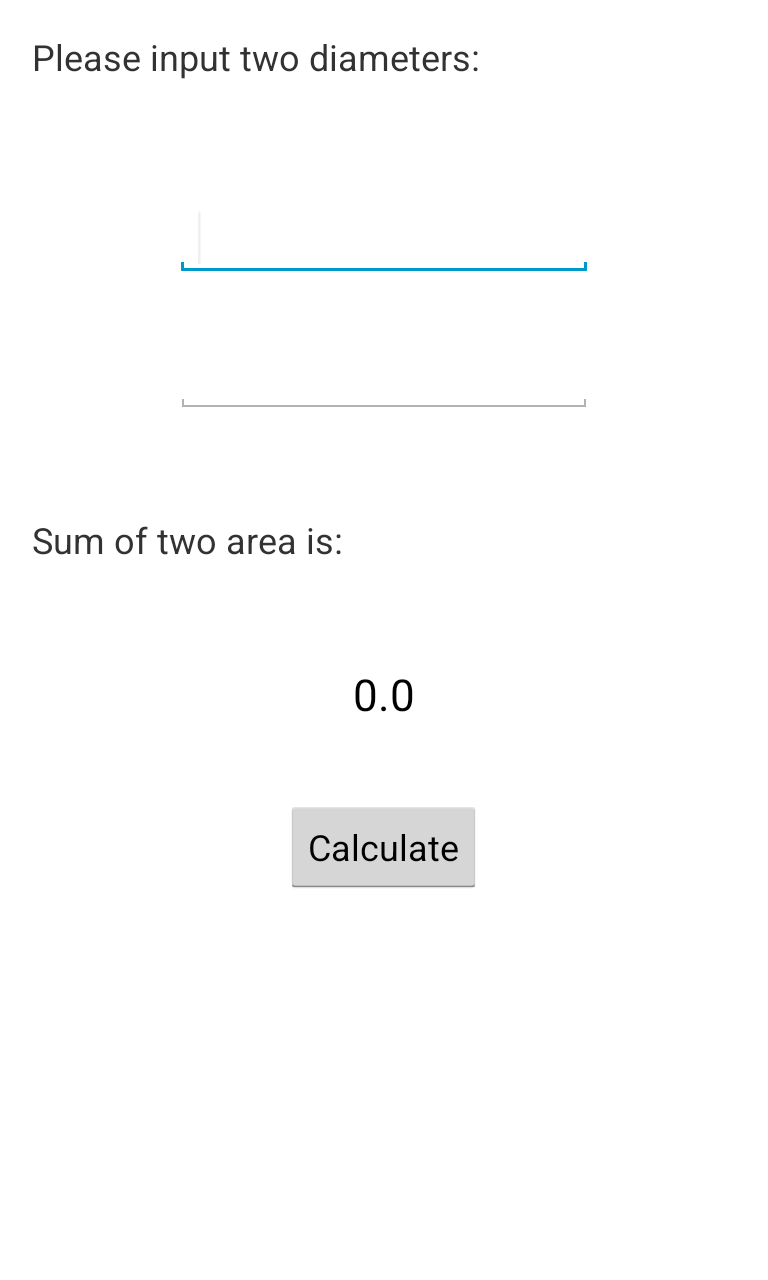
Repository: cugfeng/Android
Layout: MyHelloWorld/res/layout/activity_main.xml
These files come from the project's save history. The layout is drawn as it stood at one moment and after the next save; the edit follows.
It is drawn on a 768 x 1280 px phone screen (xhdpi) without system bars, with theme AppTheme; the app's code is not run.

Above is the layout before, as saved 2013-05-11 14:23:46.

### MyHelloWorld/res/layout/activity_main.xml
<RelativeLayout xmlns:tools="http://schemas.android.com/tools"
    xmlns:android="http://schemas.android.com/apk/res/android"
    android:layout_width="match_parent"
    android:layout_height="match_parent"
    android:paddingBottom="@dimen/activity_vertical_margin"
    android:paddingLeft="@dimen/activity_horizontal_margin"
    android:paddingRight="@dimen/activity_horizontal_margin"
    android:paddingTop="@dimen/activity_vertical_margin"
    tools:context=".MainActivity" >

    <TextView
        android:id="@+id/textView1"
        android:layout_width="wrap_content"
        android:layout_height="wrap_content"
        android:text="@string/input_hint"
        android:textSize="18sp" />

    <EditText
        android:id="@+id/diameter_edit1"
        android:layout_width="wrap_content"
        android:layout_height="wrap_content"
        android:layout_below="@+id/textView1"
        android:layout_centerHorizontal="true"
        android:layout_marginTop="59dp"
        android:ems="10"
        android:inputType="numberDecimal" >

        <requestFocus />
    </EditText>

    <EditText
        android:id="@+id/diameter_edit2"
        android:layout_width="wrap_content"
        android:layout_height="wrap_content"
        android:layout_below="@+id/diameter_edit1"
        android:layout_centerHorizontal="true"
        android:layout_marginTop="29dp"
        android:ems="10"
        android:inputType="numberDecimal" />

    <TextView
        android:id="@+id/output_hint"
        android:layout_width="wrap_content"
        android:layout_height="wrap_content"
        android:layout_below="@+id/diameter_edit2"
        android:layout_marginTop="50dp"
        android:text="@string/output_hint"
        android:textSize="18sp" />

    <TextView
        android:id="@+id/result_view"
        android:layout_width="wrap_content"
        android:layout_height="wrap_content"
        android:layout_below="@+id/output_hint"
        android:layout_centerHorizontal="true"
        android:layout_marginTop="50dp"
        android:text="@string/zero"
        android:textAppearance="?android:attr/textAppearanceLarge" />

    <Button
        android:id="@+id/calculate_area"
        android:layout_width="wrap_content"
        android:layout_height="wrap_content"
        android:layout_below="@+id/result_view"
        android:layout_centerHorizontal="true"
        android:layout_marginTop="38dp"
        android:onClick="calculateArea"
        android:text="@string/calculate" />

</RelativeLayout>

### MyHelloWorld/res/values/strings.xml
<?xml version="1.0" encoding="utf-8"?>
<resources xmlns:android="http://schemas.android.com/apk/res/android">

    <string name="app_name">MyHelloWorld</string>
    <string name="action_settings">Settings</string>
    <string name="input_hint">Please input two diameters:</string>
    <string name="calculate">Calculate</string>
    <string name="zero">0.0</string>
    <string name="output_hint">Sum of two area is:</string>
    <string name="number_1">1</string>
    <string name="number_2">2</string>
    <string name="number_3">3</string>
    <string name="number_4">4</string>
    <string name="number_5">5</string>
    <string name="number_6">6</string>
    <string name="choose_wire_number_hint">Please choose wire number:</string>
    <string name="choose_next">Next</string>

</resources>

Loaded but not shown: MyHelloWorld/res/values/styles.xml (common file); MyHelloWorld/res/values-v11/styles.xml (common file); MyHelloWorld/res/values-v14/styles.xml (common file); MyHelloWorld/res/values/dimens.xml (common file)

After the next save:
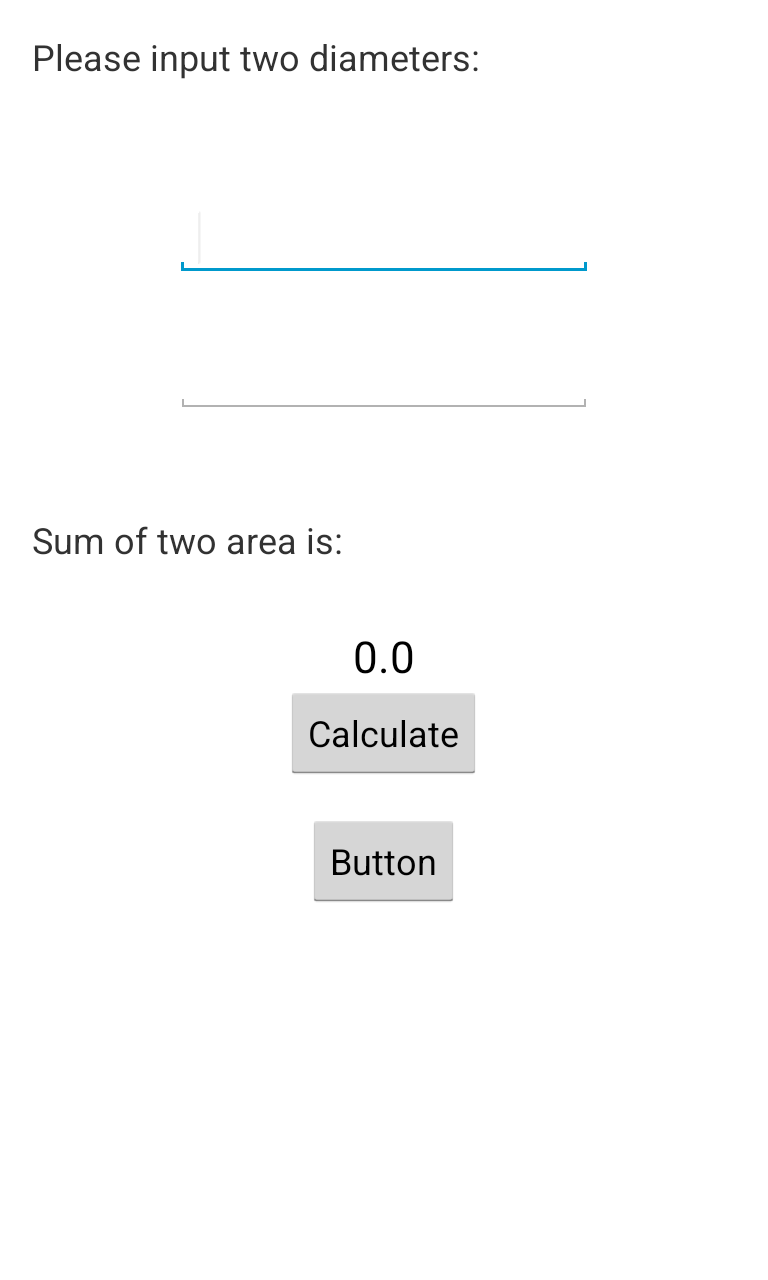
Saved 43 s later.
--- a/MyHelloWorld/res/layout/activity_main.xml
+++ b/MyHelloWorld/res/layout/activity_main.xml
@@ -47,24 +47,32 @@
         android:text="@string/output_hint"
         android:textSize="18sp" />
 
+    <Button
+        android:id="@+id/calculate_area"
+        android:layout_width="wrap_content"
+        android:layout_height="wrap_content"
+        android:layout_below="@+id/result_view"
+        android:layout_centerHorizontal="true"
+        android:onClick="calculateArea"
+        android:text="@string/calculate" />
+
     <TextView
         android:id="@+id/result_view"
         android:layout_width="wrap_content"
         android:layout_height="wrap_content"
         android:layout_below="@+id/output_hint"
         android:layout_centerHorizontal="true"
-        android:layout_marginTop="50dp"
+        android:layout_marginTop="31dp"
         android:text="@string/zero"
         android:textAppearance="?android:attr/textAppearanceLarge" />
 
     <Button
-        android:id="@+id/calculate_area"
+        android:id="@+id/button1"
         android:layout_width="wrap_content"
         android:layout_height="wrap_content"
-        android:layout_below="@+id/result_view"
+        android:layout_below="@+id/calculate_area"
         android:layout_centerHorizontal="true"
-        android:layout_marginTop="38dp"
-        android:onClick="calculateArea"
-        android:text="@string/calculate" />
+        android:layout_marginTop="16dp"
+        android:text="Button" />
 
 </RelativeLayout>
